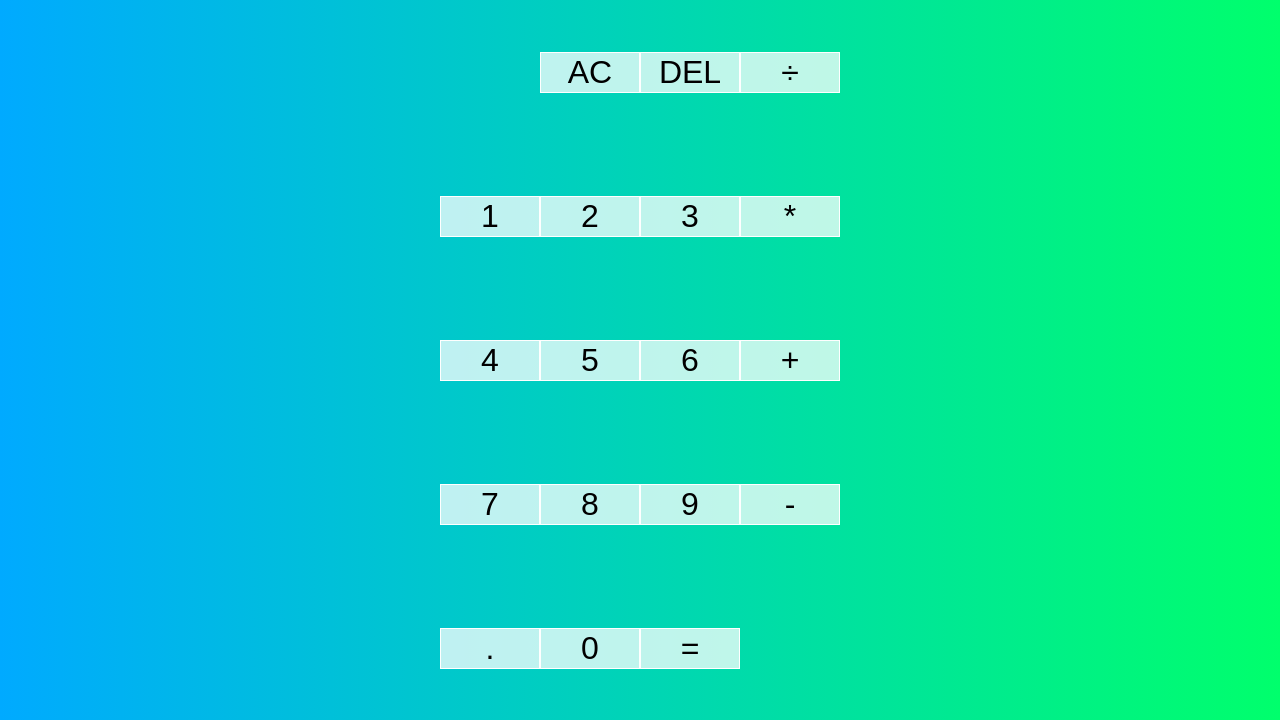
Repository: weazzyefff/Calculator-YT-Tutorial-
Page: index.html
The author's editor kept a copy of each file at every save. The page is drawn from the files as they stood at one save, then again after the next save.
The browser window is 1280 px wide. The pictures show the whole page.
The pointer rests on the first visible `.calculator-grid > button`.

Above is the page before, as saved 2022-12-23 12:10:23.

After the next save:
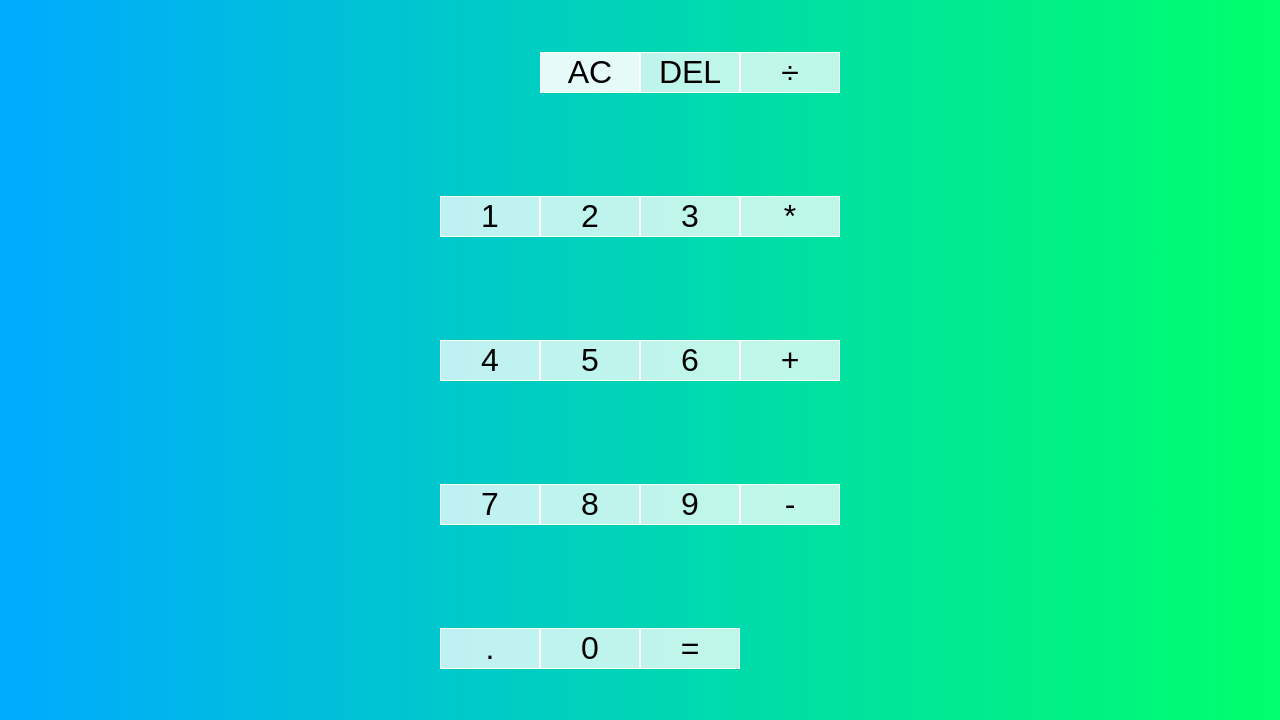
Saved 42 s later.
--- a/styles.css
+++ b/styles.css
@@ -26,3 +26,7 @@ body {
     outline: none;
     background-color: rgba(255,255,255, .75);
 }
+
+.calculator-grid > button:hover {
+    background-color:rgba(255,255,255, .9);
+}
